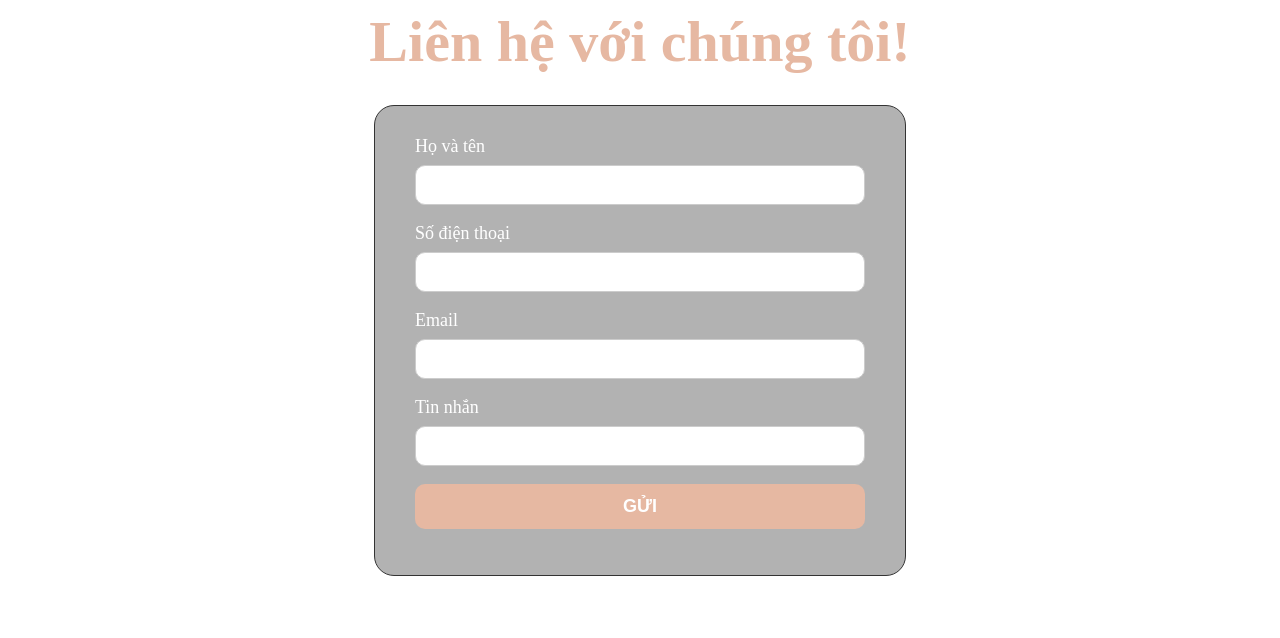
Repository: mingbeo100-boop/website_bancheonline
Page: http://localhost/pages/lienhe.php
An editor plug-in stored every save of this project. The page is shown before and after the next save, followed by the edit.
The browser window is 1280 px wide. The pictures show the whole page.
The page is run by PHP 8.4 with error messages shown; the project is at /var/www/html/.

Above is the page before, as saved 2025-11-27 08:13:01.

After the next save:
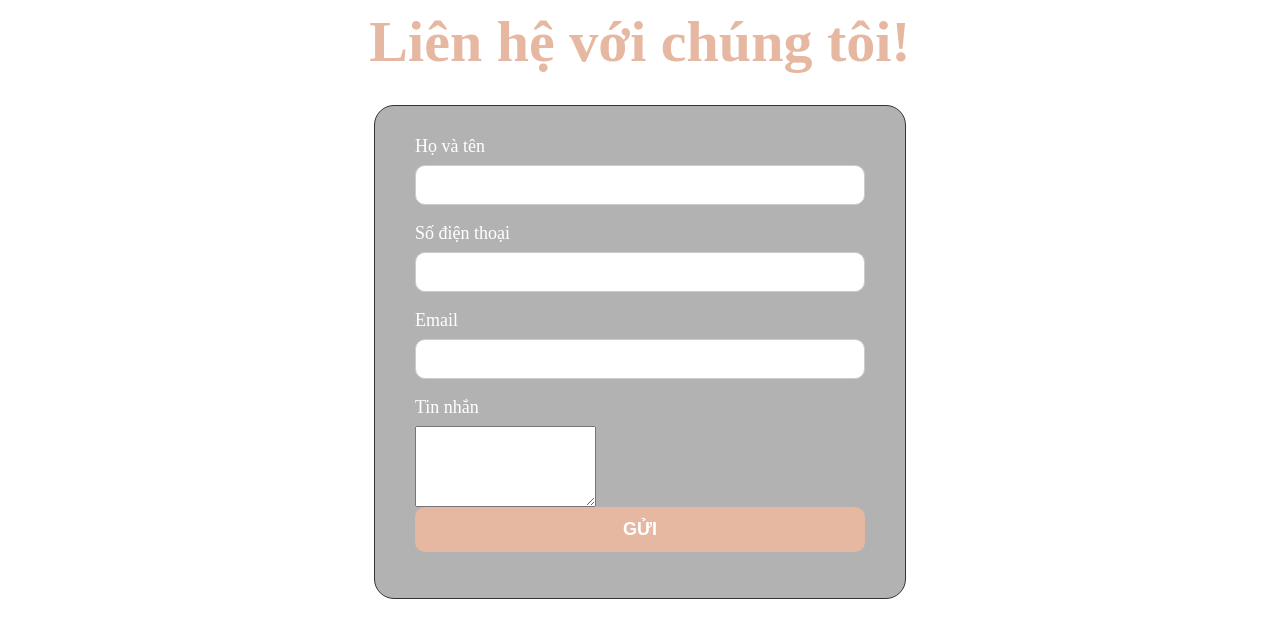
Saved 74 s later.
--- a/pages/lienhe.php
+++ b/pages/lienhe.php
@@ -71,7 +71,7 @@
         <input type="email" name="email" required>
 
         <label>Tin nhắn</label>
-        <input type="textarea" name="message" required>
+        <textarea name="message" rows="5"></textarea>
 
         <button type="submit">GỬI</button>
     </form>
